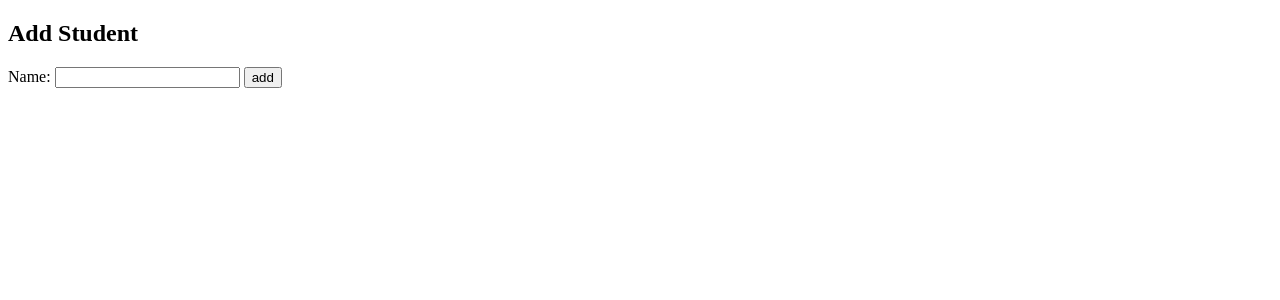
Repository: beryorindi/java2ee
Page: http://localhost/ServletFull/simplecrud.jsp
An editor plug-in stored every save of this project. The page is shown before and after the next save, followed by the edit.
The browser window is 1280 px wide. The pictures show the whole page.
The page is served by Tomcat 9. Other server files are loaded and not shown.

Above is the page before, as saved 2017-04-21 02:13:00.

### project4-exercise/ServletFull/WebContent/simplecrud.jsp
<%@ page language="java" contentType="text/html; charset=ISO-8859-1"
    pageEncoding="ISO-8859-1"%>
<!DOCTYPE html PUBLIC "-//W3C//DTD HTML 4.01 Transitional//EN" "http://www.w3.org/TR/html4/loose.dtd">
<html>
<head>
<meta http-equiv="Content-Type" content="text/html; charset=ISO-8859-1">
<title>Simple CRUD</title>
</head>
<body>
	<h2>Add Student</h2>
	<form>
		<label for="name">Name:</label>
		<input type="text"/>
		<button type="submit">add</button>
	</form>
</body>
</html>

After the next save:
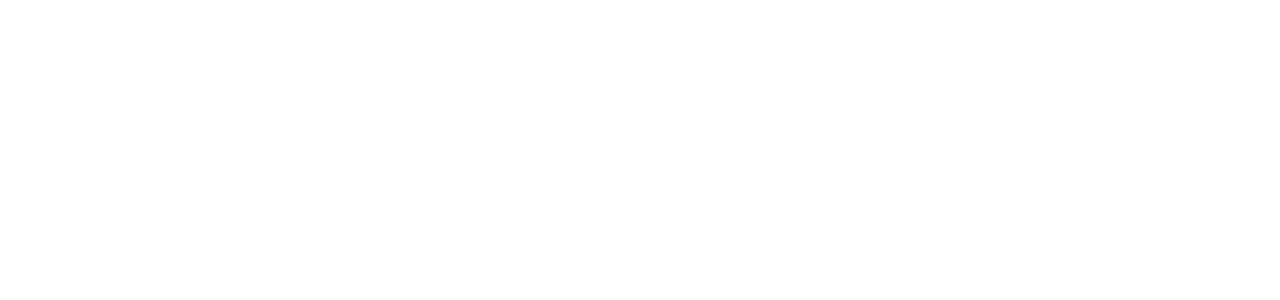
Saved 3 s later.
--- a/project4-exercise/ServletFull/WebContent/simplecrud.jsp
+++ b/project4-exercise/ServletFull/WebContent/simplecrud.jsp
@@ -7,11 +7,6 @@
 <title>Simple CRUD</title>
 </head>
 <body>
-	<h2>Add Student</h2>
-	<form>
-		<label for="name">Name:</label>
-		<input type="text"/>
-		<button type="submit">add</button>
-	</form>
+
 </body>
 </html>

After the save that followed:
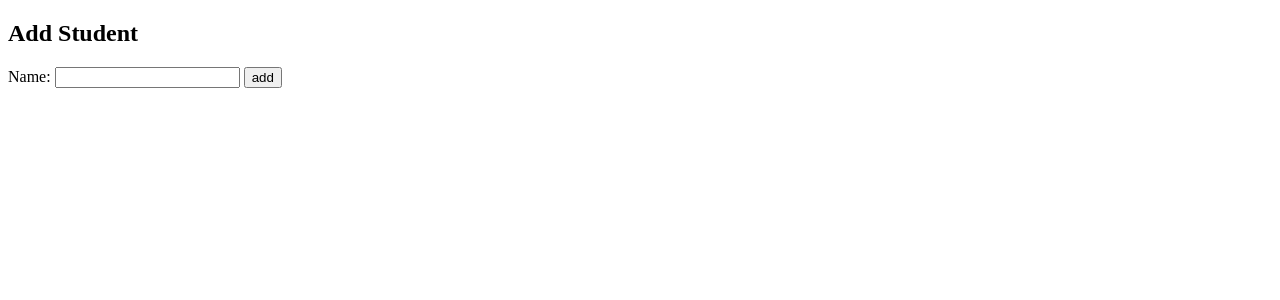
Saved 61 s later.
--- a/project4-exercise/ServletFull/WebContent/simplecrud.jsp
+++ b/project4-exercise/ServletFull/WebContent/simplecrud.jsp
@@ -7,6 +7,11 @@
 <title>Simple CRUD</title>
 </head>
 <body>
-
+	<h2>Add Student</h2>
+	<form>
+		<label for="name">Name:</label>
+		<input type="text"/>
+		<button type="submit">add</button>
+	</form>
 </body>
 </html>
